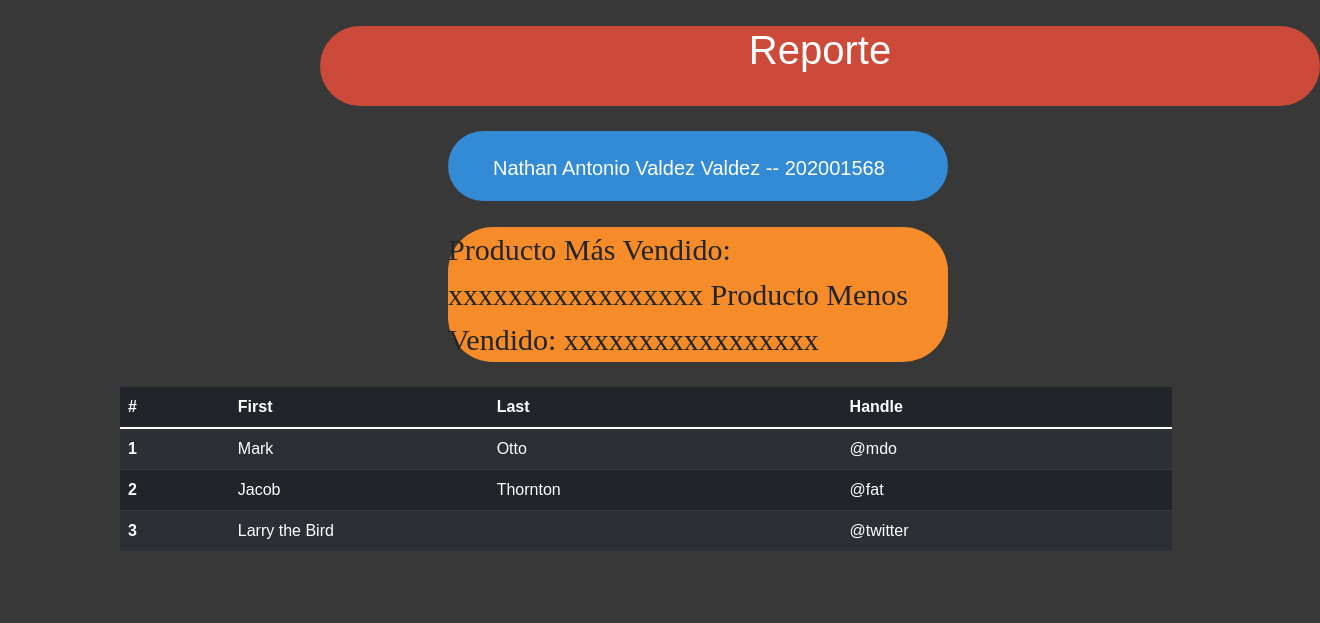
Repository: nathanvdev/LFP_PR_202001568
Page: plantilla.html
These files come from the project's save history. The page is drawn as it stood at one moment and after the next save; the edit follows.
The browser window is 1280 px wide. The page is 1320 px wide, so the pictures cover 1320 px, including what lies to the right of the window. The pictures show the whole page.

Above is the page before, as saved 2022-02-19 19:19:49.

After the next save:
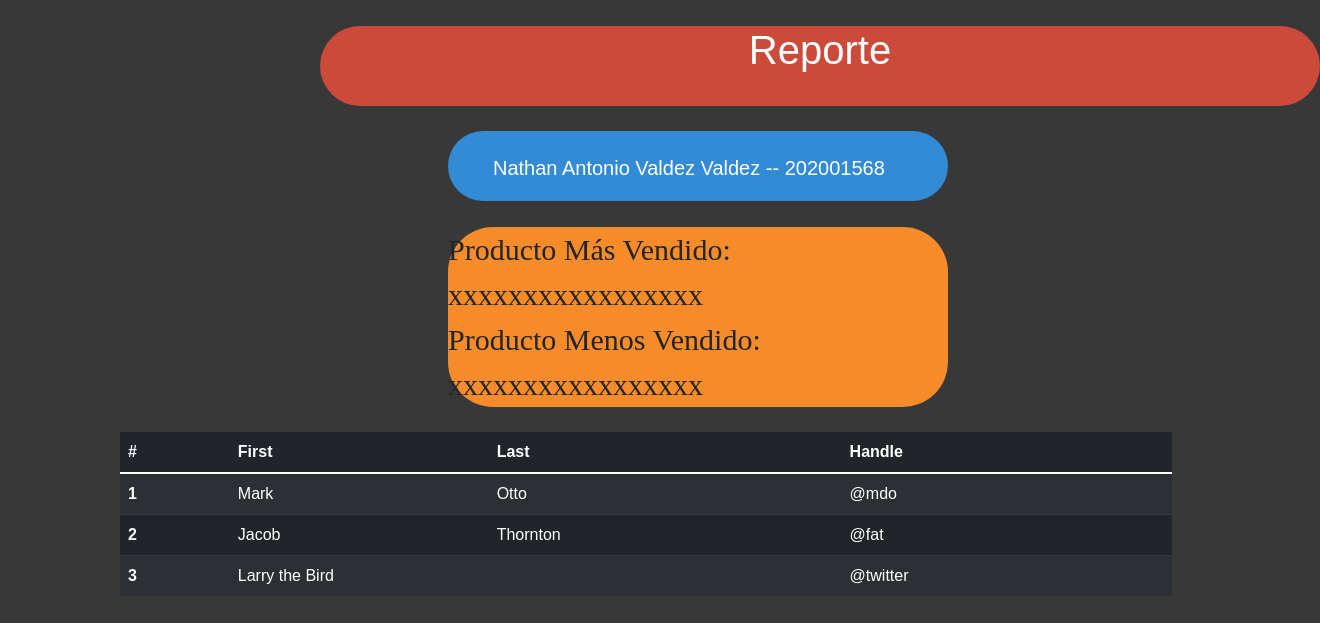
Saved 15 s later.
--- a/plantilla.html
+++ b/plantilla.html
@@ -71,7 +71,7 @@
         <div class="productos">
             Producto Más Vendido:
             xxxxxxxxxxxxxxxxx
-            <a></a>
+            <br>
             Producto Menos Vendido:
             xxxxxxxxxxxxxxxxx
         </div>
